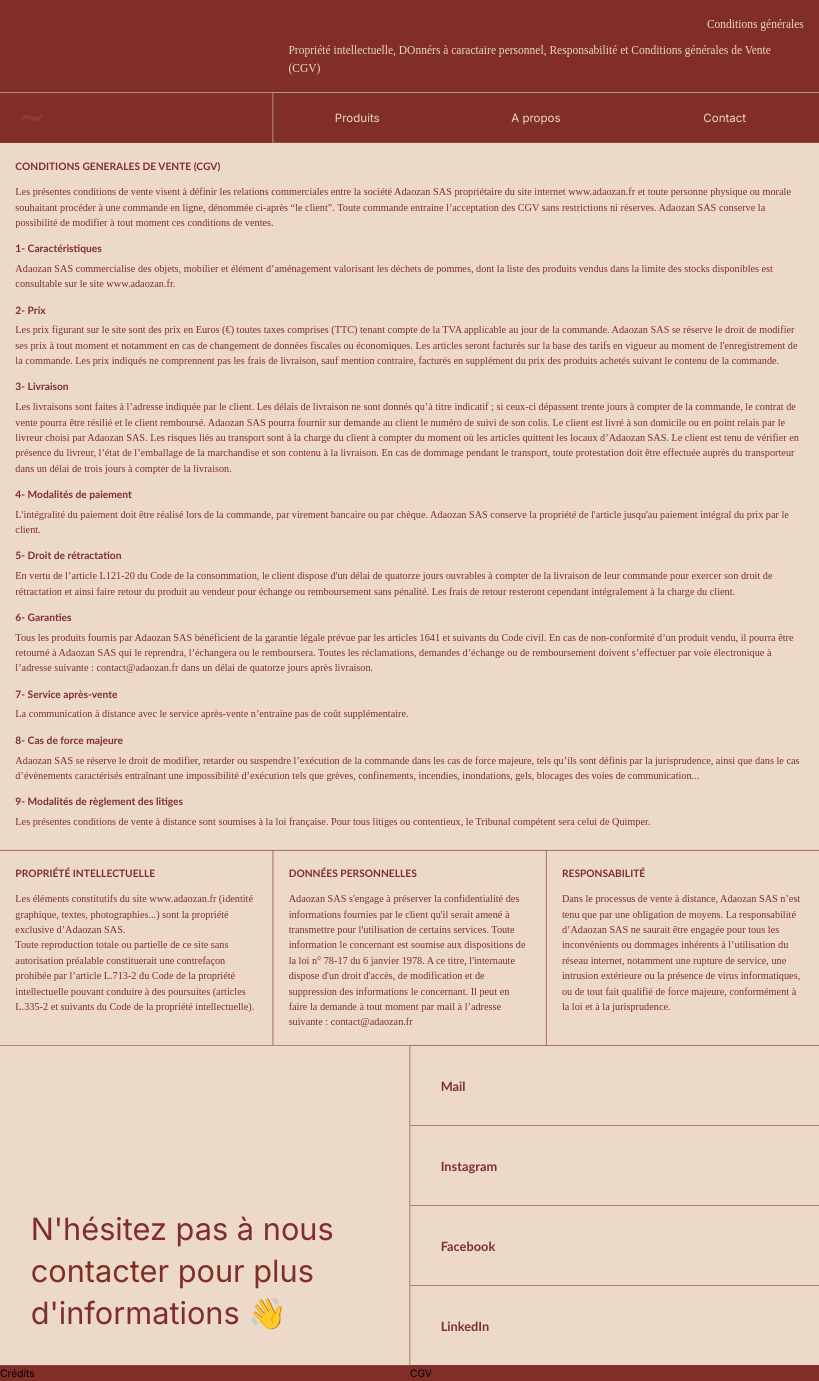
Repository: Neewd/adaozan
Page: /cgv
An editor plug-in stored every save of this project. The page is shown before and after the next save, followed by the edit.
The browser window is 1280 px wide. The pictures show the whole page, at 64% of full size.
Some web fonts or font styles are not loaded; a fallback is used. The project was rebuilt for these pictures with package versions that can differ from the ones it lists, and the page was loaded fresh each time. The framework's server and built-in components were replaced by stand-ins that run in the browser. Also part of the build but not shown: next.config.js.

Above is the page before, as saved 2023-08-12 10:28:10.

After the next save:
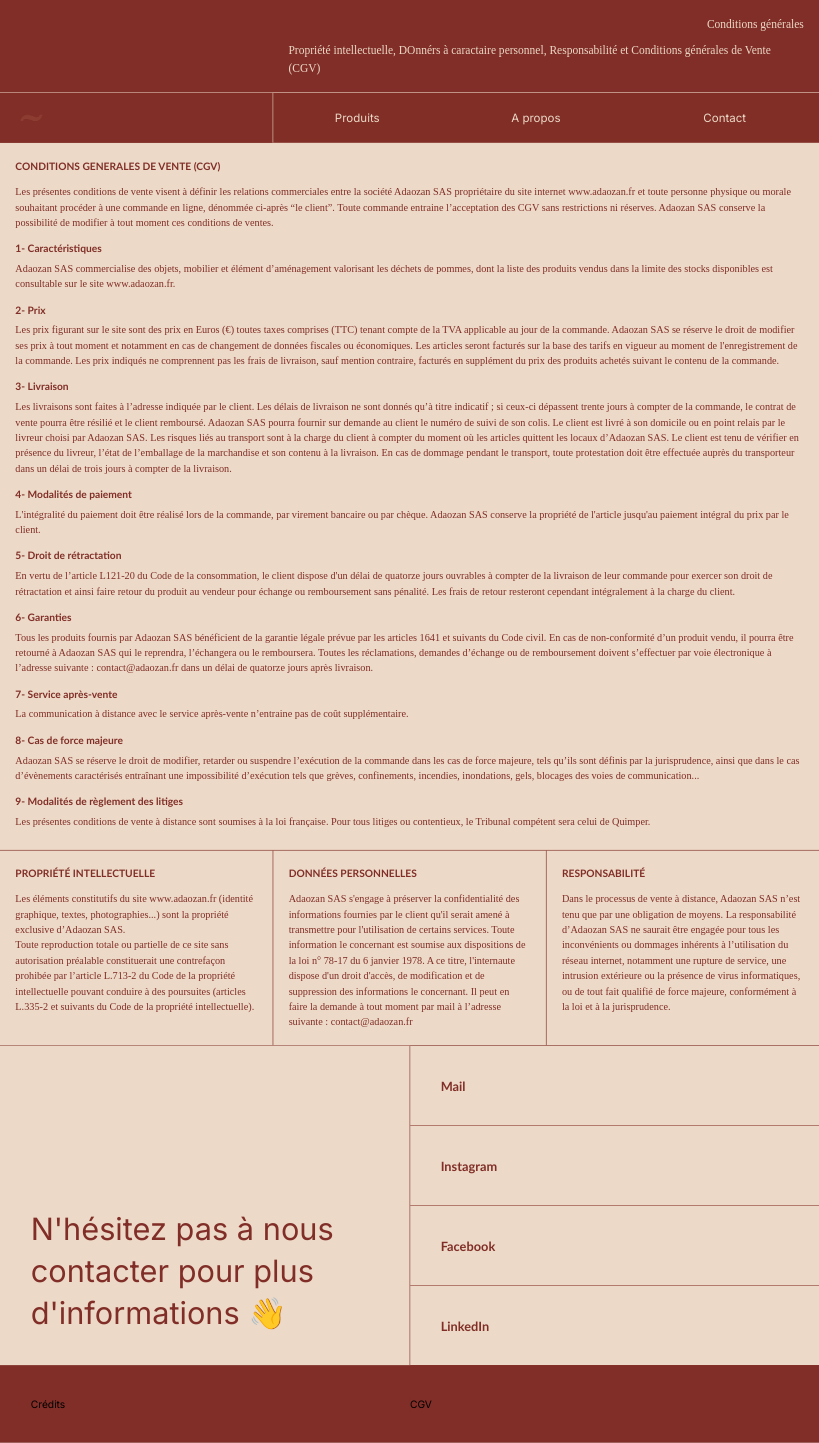
Saved 16 s later.
--- a/app/components/ContactHero.tsx
+++ b/app/components/ContactHero.tsx
@@ -54,7 +54,7 @@
 					})}
 				</div>
 			</div>
-			<div className="flex">
+			<div className="flex p-12">
 				<div className="flex flex-1 border-r border-brown-100">
 					Crédits
 				</div>
